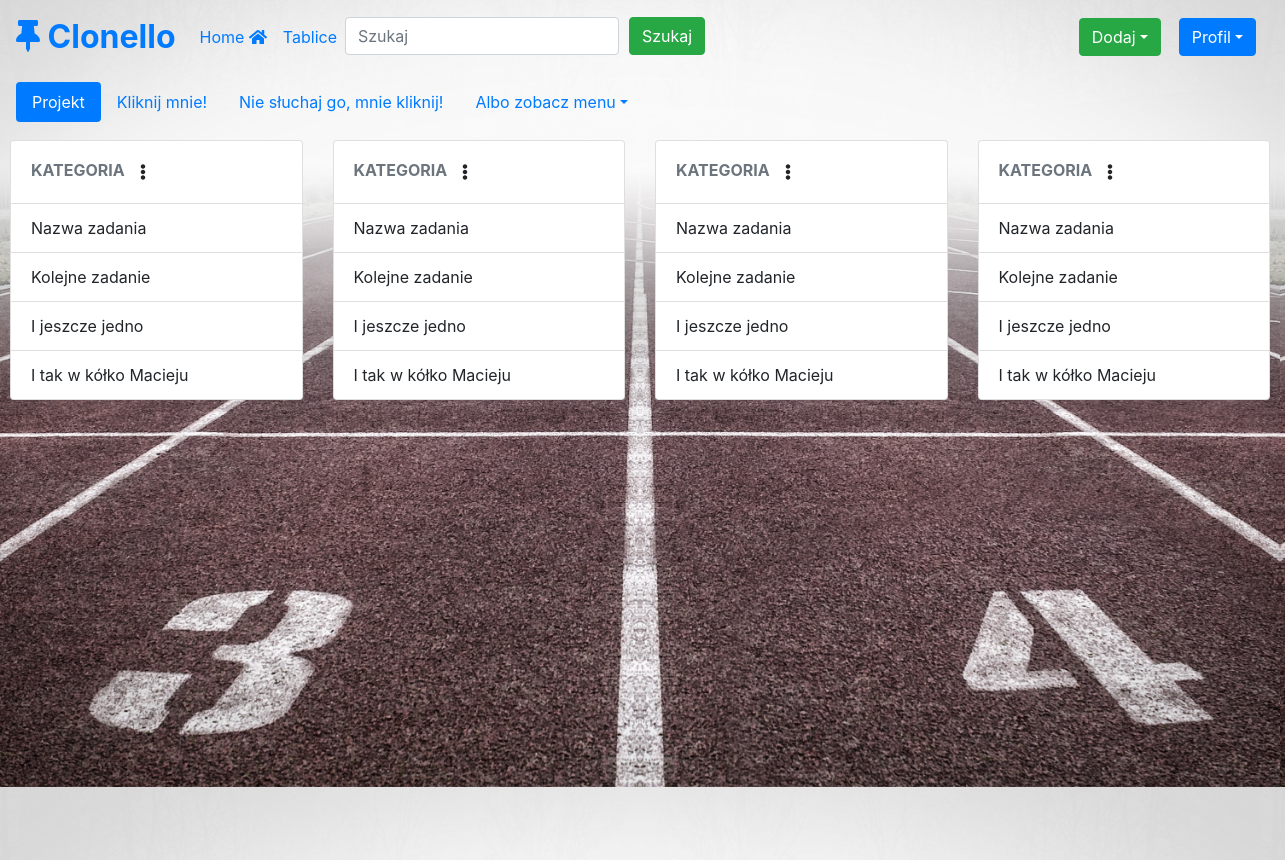
Repository: jnehlt/PAW-lab
Page: / (app in Frontend/clonello/)
These files come from the project's save history. The page is drawn as it stood at one moment and after the next save; the edit follows.
The browser window is 1280 px wide. The page is 1285 px wide, so the pictures cover 1285 px, including what lies to the right of the window. The pictures show the whole page.
The project was rebuilt for these pictures with package versions that can differ from the ones it lists, and the page was loaded fresh each time.

Above is the page before, as saved 2020-04-24 23:12:11.

### Frontend/clonello/src/main.js
import "@babel/polyfill";
import "mutationobserver-shim";
import Vue from "vue";
import "./plugins/bootstrap-vue";
import App from "./App.vue";
import router from "./router";
import "@fortawesome/fontawesome-free/css/all.css";
import "@fortawesome/fontawesome-free/js/all.js";

Vue.config.productionTip = false;

new Vue({
  router,
  render: h => h(App)
}).$mount("#app");

### Frontend/clonello/src/App.vue
<template>
  <div id="app">
    <topheader></topheader>
    <projectheader></projectheader>

    <div class="row">
        <maincard></maincard>
        <maincard></maincard>
        <maincard></maincard>
        <maincard></maincard>
        <maincard></maincard>
        <maincard></maincard>
        <maincard></maincard>
        <maincard></maincard>
    </div>
    <router-view />
  </div>
</template>

<script>
import TopHeader from "@/components/TopHeader.vue";
import ProjectHeader from "@/components/ProjectHeader.vue";
import MainCard from "@/components/MainCard.vue";

export default {
  components: {
    "topheader": TopHeader,
    "projectheader": ProjectHeader,
    "maincard": MainCard
  }
};
</script>

<style lang="scss">

body {
    background-image: url("../src/assets/running-track-sn-3000x2001.jpg");
    background-size: cover;
    background-position: center;
}

.dropdown-header {
    font-size: larger;
    font-weight: bolder;
}

html, body {
    height: 100%;
}

.list-head {
    font-weight: bolder;
    text-transform: uppercase;
}

.btn {
    margin-left: 2px;
}


.row {
  display: flex;
  flex-wrap: nowrap;
  overflow-x: auto;
  margin-left: -5px;
  margin-right: -5px;
  margin-top: 10px;
  height: 100vh;
}

::-webkit-scrollbar {
  height: 4px;              /* height of horizontal scrollbar ← You're missing this */
  width: 4px;               /* width of vertical scrollbar */
  border: 1px solid #d5d5d5;
  margin-left: -5px;
  margin-right: -5px;
}


</style>

### Frontend/clonello/src/components/TopHeader.vue
<template>
  <div>
    <nav class="navbar navbar-expand-lg">
      <a class="navbar-brand" href="#"><i class="fas fa-thumbtack"></i> Clonello</a>
      <button class="navbar-toggler navbar-dark" type="button" data-toggle="collapse" data-target="#navbarNav" aria-controls="navbarNav" aria-expanded="false" aria-label="Toggle navigation">
          <span class="navbar-toggler-icon"></span>
      </button>
      <div class="collapse navbar-collapse" id="navbarNav">
        <ul class="navbar-nav mr-auto">
          <li class="nav-item">
            <a class="nav-link" href="#">Home <i class="fas fa-home"></i></a>
          </li>
          <li class="nav-item">
            <a class="nav-link" href="#">Tablice</a>
          </li>
          <li class="nav-item">
            <form class="form-inline my-2 my-lg-0">
              <input class="form-control mr-sm-2" type="search" placeholder="Szukaj" aria-label="Search">
              <button class="btn btn-success my-2 my-sm-0" type="submit">Szukaj</button>
            </form>
          </li>
        </ul>
        <ul class="navbar-right navbar-nav">
          <li>
            <b-dropdown id="dropdown-right" right text="Dodaj" variant="success" class="m-2">
              <b-dropdown-item href="#">Coś</b-dropdown-item>
              <b-dropdown-item href="#">Coś innego</b-dropdown-item>
              <b-dropdown-item href="#">Dobra, spierdalaj!</b-dropdown-item>
            </b-dropdown>
            <b-dropdown id="dropdown-right" right text="Profil" variant="primary" class="m-2">
              <b-dropdown-item href="#">Ustawienia</b-dropdown-item>
              <b-dropdown-item href="#">Wyloguj</b-dropdown-item>
            </b-dropdown>
          </li>
        </ul>
      </div>
    </nav>
  </div>
  <!-- class="btn btn-success" type="button" data-toggle="collapse" data-target="#collapseAdd" aria-expanded="false" aria-controls="collapseAdd">Dodaj <i class="fas fa-plus"></i>
            </button> -->
</template>

<script>



export default {

};
</script>

<!-- Add "scoped" attribute to limit CSS to this component only -->
<style scoped lang="scss">
.navbar-brand {
    font-weight: bolder;
    font-size: 2em;
}

.navbar {
    background-color: transparent;
}

.navbar-toggler {
    background-color: #4e555b;
}
</style>

### Frontend/clonello/src/components/ProjectHeader.vue
<template>
  <div>
      <div class="navbar navbar-expand-lg">
      <ul class="nav nav-pills nav-fill">
        <li class="nav-item">
          <a class="nav-link active" href="#">Projekt</a>
        </li>
        <li class="nav-item">
          <a class="nav-link" href="#">Kliknij mnie!</a>
        </li>
        <li class="nav-item">
          <a class="nav-link" href="#">Nie słuchaj go, mnie kliknij!</a>
        </li>
        <li class="nav-item dropdown">
          <a class="nav-link dropdown-toggle" data-toggle="dropdown" href="#" role="button" aria-haspopup="true" aria-expanded="false">Albo zobacz menu</a>
          <div class="dropdown-menu">
            <h5 class="dropdown-header">Menu</h5>
            <div class="dropdown-divider"></div>
            <a class="dropdown-item" href="#">No dobra</a>
            <a class="dropdown-item" href="#">Trochę zamieszania</a>
            <a class="dropdown-item" href="#">Dziwnie wyszło</a>
            <a class="dropdown-item" href="#">Ale klinkij tamte</a>
          </div>
        </li>
      </ul>
    </div>
  </div>
</template>

<script>
export default {

}
</script>

<style>
.navbar-brand {
    font-weight: bolder;
    font-size: 2em;
}

.navbar {
    background-color: transparent;
}

.navbar-toggler {
    background-color: #4e555b;
}
</style>

### Frontend/clonello/src/components/MainCard.vue
<template>
        <div class="col-3 col-md-3 col-sm-3">
            <ul class="list-group">
                <li class="list-group-item disabled list-head" aria-disabled="true">Kategoria<button class="btn btn-kropki"><i class="fas fa-ellipsis-v"></i></button></li>
                <li class="list-group-item">Nazwa zadania</li>
                <li class="list-group-item">Kolejne zadanie</li>
                <li class="list-group-item">I jeszcze jedno</li>
                <li class="list-group-item">I tak w kółko Macieju</li>
            </ul>
        </div>

</template>

<script>
export default {

}
</script>

<style>

</style>

### Frontend/clonello/src/views/Home.vue
<template>
  <div class="home"></div>
</template>

<script>
// @ is an alias to /src
export default {
  name: "Home",
  components: {}
};
</script>

Loaded but not shown: Frontend/clonello/public/index.html (common file); Frontend/clonello/src/plugins/bootstrap-vue.js (common file); Frontend/clonello/src/router/index.js (common file)

After the next save:
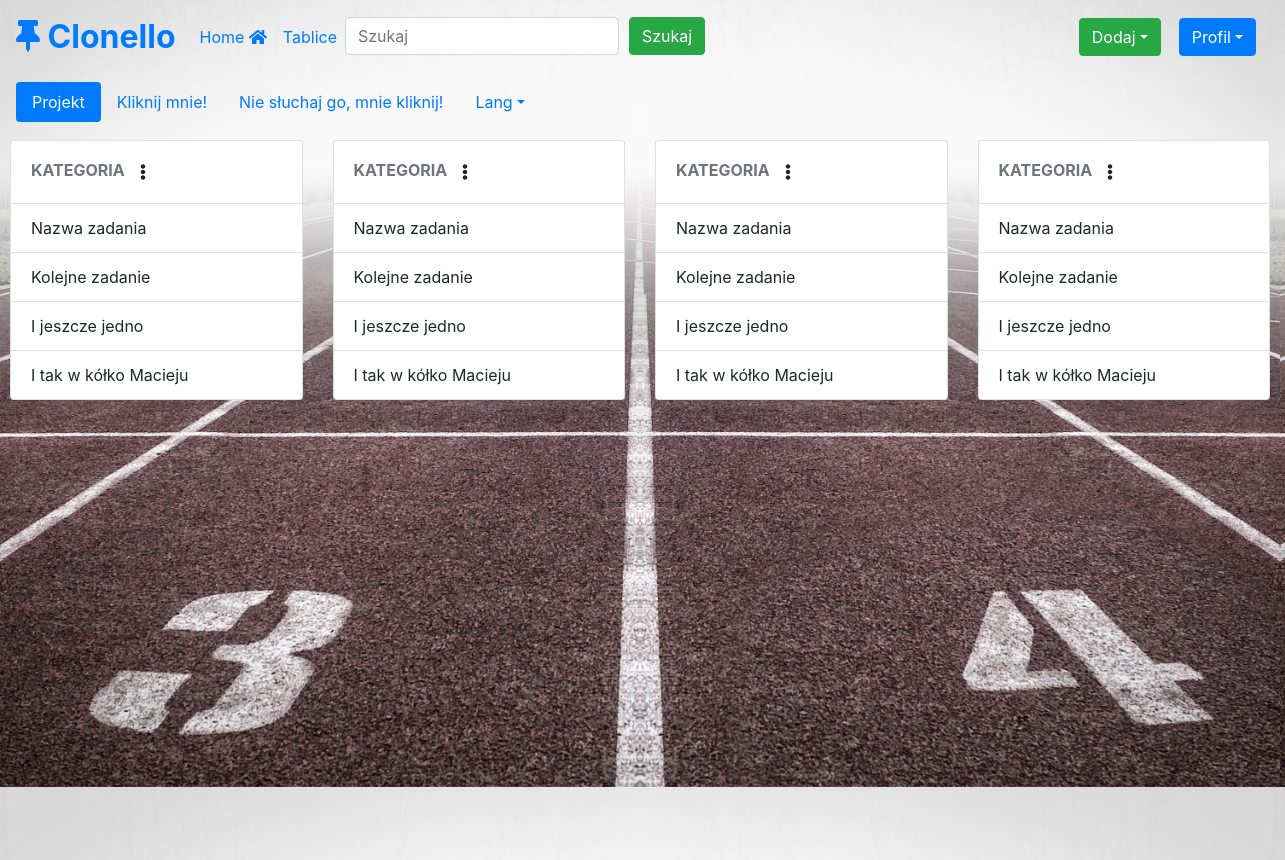
Saved 110 s later.
--- a/Frontend/clonello/src/components/ProjectHeader.vue
+++ b/Frontend/clonello/src/components/ProjectHeader.vue
@@ -12,15 +12,12 @@
           <a class="nav-link" href="#">Nie słuchaj go, mnie kliknij!</a>
         </li>
         <li class="nav-item dropdown">
-          <a class="nav-link dropdown-toggle" data-toggle="dropdown" href="#" role="button" aria-haspopup="true" aria-expanded="false">Albo zobacz menu</a>
-          <div class="dropdown-menu">
-            <h5 class="dropdown-header">Menu</h5>
-            <div class="dropdown-divider"></div>
-            <a class="dropdown-item" href="#">No dobra</a>
-            <a class="dropdown-item" href="#">Trochę zamieszania</a>
-            <a class="dropdown-item" href="#">Dziwnie wyszło</a>
-            <a class="dropdown-item" href="#">Ale klinkij tamte</a>
-          </div>
+          <b-nav-item-dropdown text="Lang" right>
+          <b-dropdown-item href="#">EN</b-dropdown-item>
+          <b-dropdown-item href="#">ES</b-dropdown-item>
+          <b-dropdown-item href="#">RU</b-dropdown-item>
+          <b-dropdown-item href="#">FA</b-dropdown-item>
+        </b-nav-item-dropdown>
         </li>
       </ul>
     </div>
